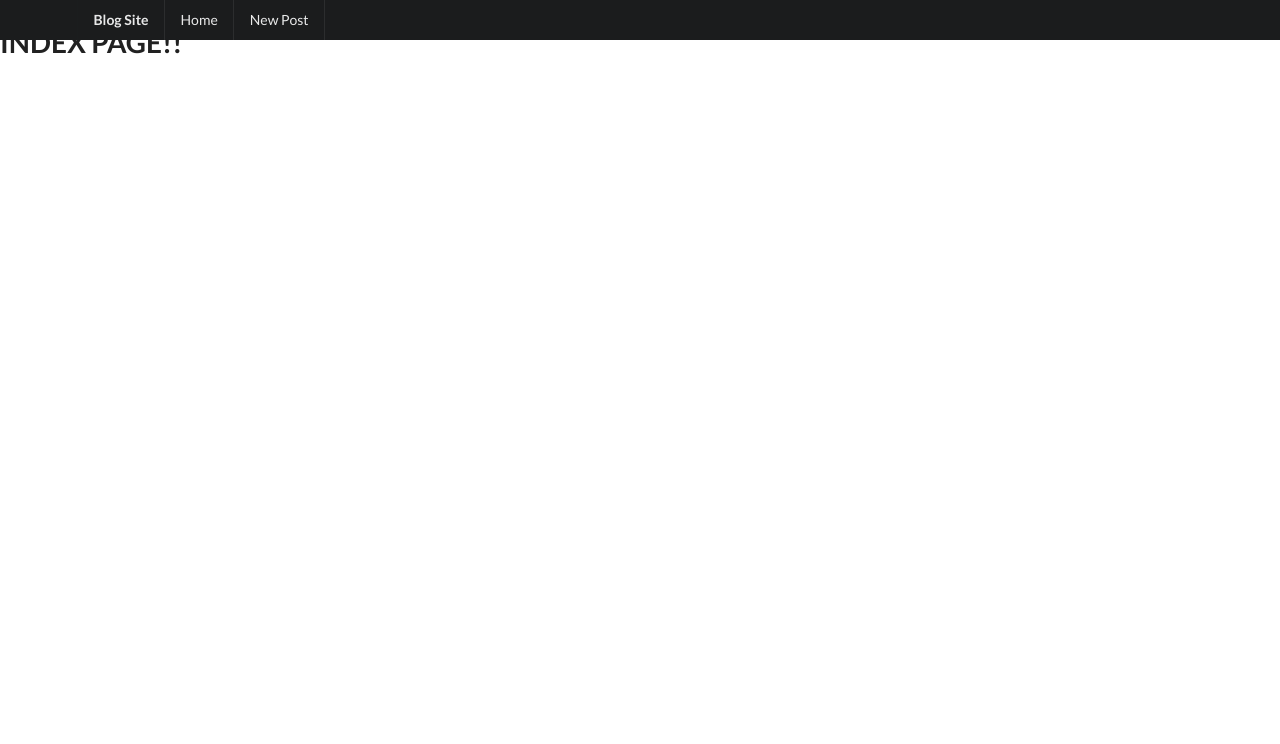
Repository: JulianaFortes/WebBlog
Page: http://localhost/blogs
The author's editor kept a record of every edit. The page is drawn from the files as they stood at one moment, then again after the next edit.
The browser window is 1280 px wide. The pictures show the whole page.
Some web libraries are served in a nearby version. The page is served by the project's Node server (blog/index.js). Queries for data that is not in the repository find no rows.

Above is the page before.

### workspace/blog/views/index.ejs
<% include ./partials/header %>

<h1>INDEX PAGE!!</h1>

<% blogs.forEach(function(blog){ %>
    <div>
        <h2><%= blog.title%></h2>
        <img src="<%=blog.imagem%>" >
        <span><%=blog.created%></span>
        <p><%=blog.body%></p>
    </div>
<% }) %>

<% include ./partials/footer %>

### workspace/blog/views/partials/header.ejs
<html>
    <head>
        <title>Blog App</title>
        <link rel="stylesheet" type="text/css" href= "https://cdnjs.cloudflare.com/ajax/libs/semantic-ui/2.2.11/semantic.min.css">
    </head>

    <body>
        <div class="ui fixed inverted menu">
            <div class="ui container">
                <div class="header item">
                    Blog Site
                </div>
                <a href="/" class="item">Home</a>
                <a href="/blogs/new" class="item">New Post</a>
            </div>
        </div>

### workspace/blog/index.js
var bodyParser = require("body-parser"),
    mongoose = require("mongoose"),
    express = require("express"),
    app = express();


// APP config
mongoose.connect("mongodb://localhost/blog");
app.set("view engine", "ejs");
app.use(express.static("public"));
app.use(bodyParser.urlencoded({extended: true}));


// MONGOOSE/MODEL CONFIG
var blogSchema = new mongoose.Schema({
    title: String,
    image: String,          //Aqui poderiamos colocar uma imagem default caso o utilizador nao coloque nenhuma
    body: String,
    created: {type: Date, default: Date.now}  //Cria a data que, caso nao seja definida pelo utilizador, será o momento do post por default
});

var Blog = mongoose.model("Blog", blogSchema);


//RESTFUL ROUTES

app.get("/", function(req, res) {
    res.redirect("/blogs");
});

app.get("/blogs", function(req, res){
    Blog.find({}, function(err, blogs){
        if(err){
            console.log("ERROR!");
        } else {
            res.render("index", {blogs: blogs});  //aqui basta colocar index, sem o .ejs, porque no incio deste dec colocamos o app.set("view engine", "ejs");
        }   //O "blogs" que passamos dentro do render acima é o blogs da function.
    });

});


app.listen(process.env.PORT, process.env.IP, function(){
    console.log("SERVER IS RINNUNG !!");
})

Loaded but not shown: workspace/blog/views/partials/footer.ejs (common file)

After the next edit:
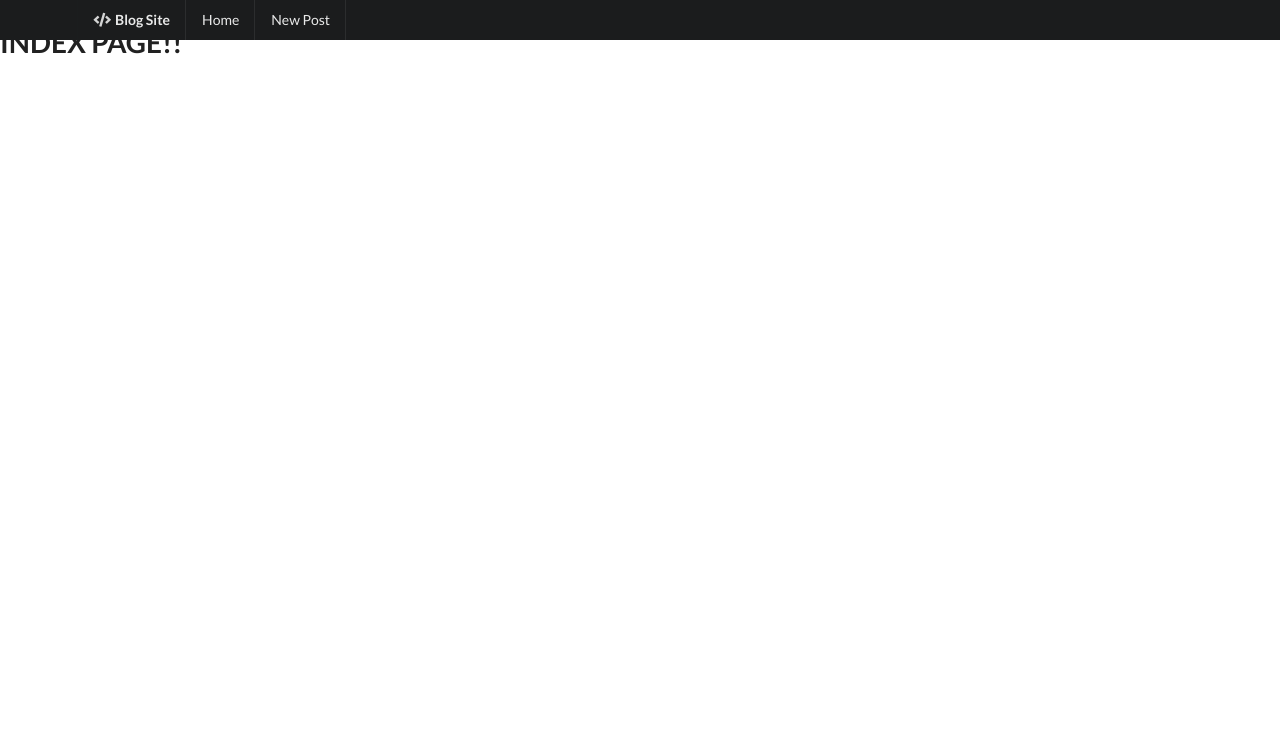
The edit:
--- a/workspace/blog/views/partials/header.ejs
+++ b/workspace/blog/views/partials/header.ejs
@@ -7,7 +7,7 @@
     <body>
         <div class="ui fixed inverted menu">
             <div class="ui container">
-                <div class="header item">
+                <div class="header item"> <i class="code icon"></i>
                     Blog Site
                 </div>
                 <a href="/" class="item">Home</a>
